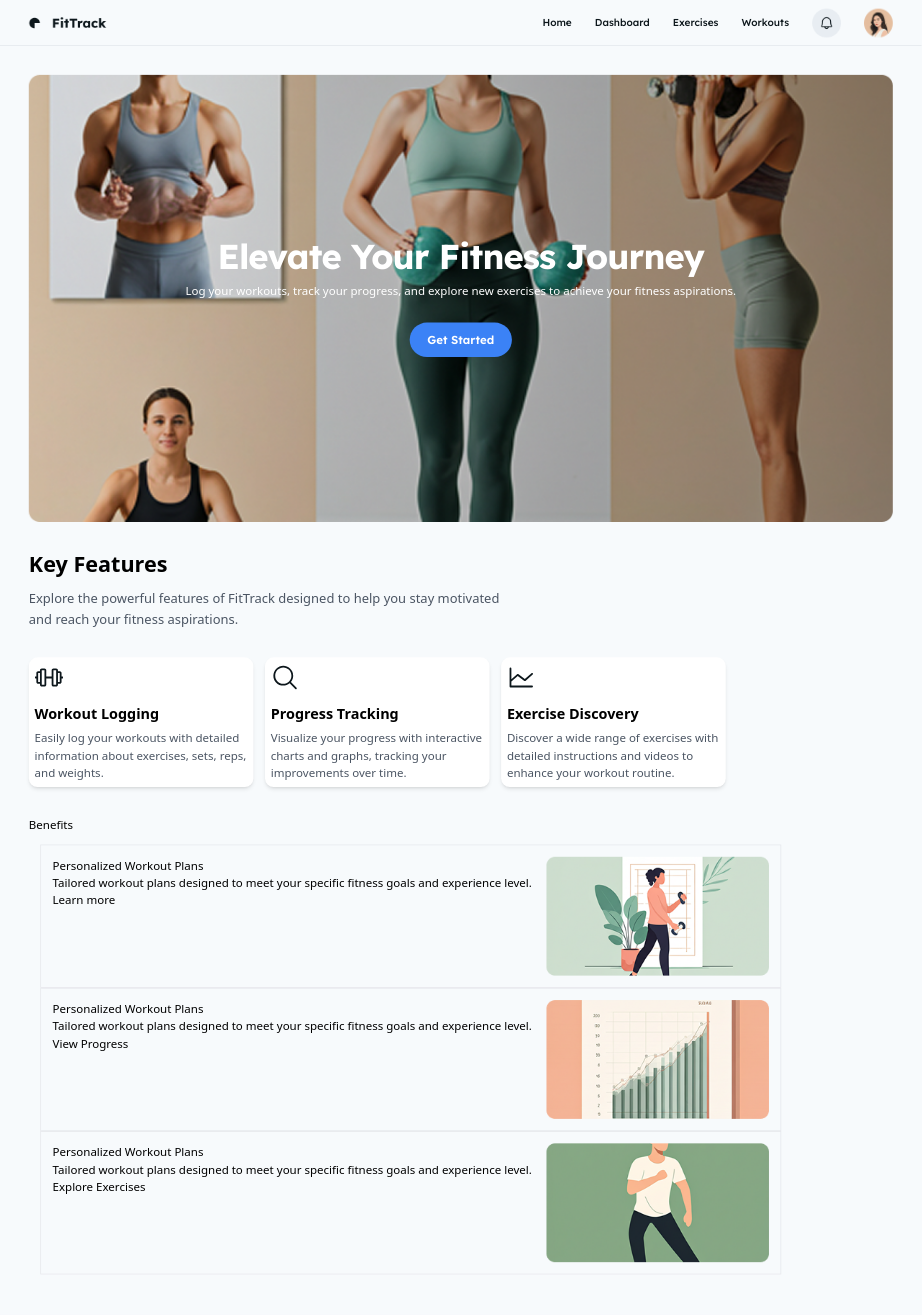
Repository: Emy-gold/fitness-tracking-platform
Page: /
The author's editor kept a copy of each file at every save. The page is drawn from the files as they stood at one save, then again after the next save.
The browser window is 1280 px wide. The pictures show the whole page, at 72% of full size.
The project was rebuilt for these pictures with package versions that can differ from the ones it lists, and the page was loaded fresh each time. Also part of the build but not shown: vite.config.js, src/Pages/Dashboard.jsx, src/Pages/Exercises.jsx, src/Pages/Workouts.jsx, src/components/Footer.jsx.

Above is the page before, as saved 2025-08-27 15:01:06.

After the next save:
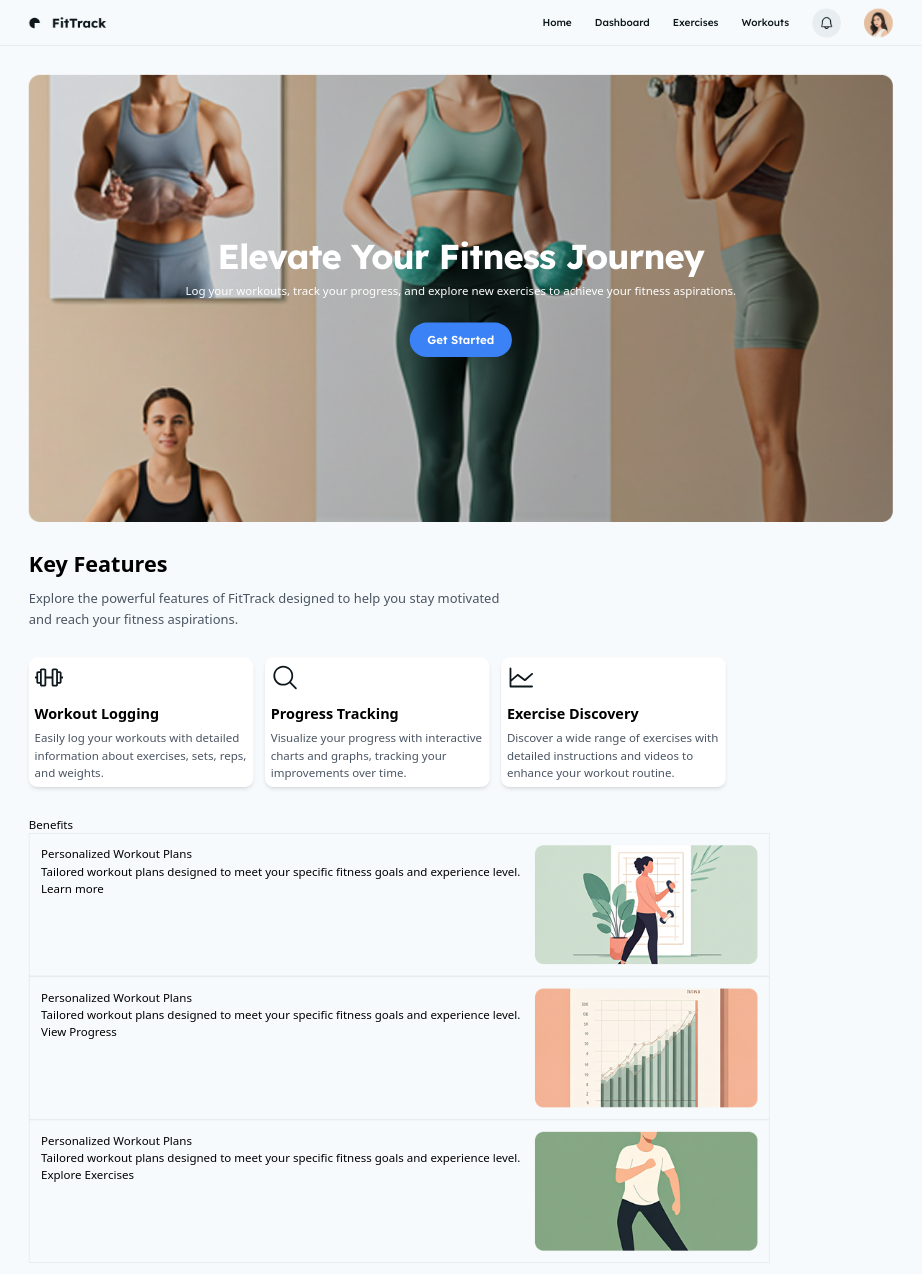
Saved 26 s later.
--- a/src/Pages/Home.jsx
+++ b/src/Pages/Home.jsx
@@ -43,9 +43,9 @@ function Home() {
                         ))}
                     </div>
                 </section>
-                <section className='flex flex-col items-start mb-10 mb:w-[980px] lg:w-[1200px]'>
+                <section className='flex flex-col items-start mb-10 mb:w-[980px] lg:w-[1200px] mb-4'>
                     <h2>Benefits</h2>
-                    <div className='flex flex-wrap p-4'>
+                    <div className='flex flex-wrap'>
                         <div className='flex justify-center p-4 border'>
                             <div className='flex flex-col items-start text-left mr-5'>
                                 <h3>Personalized Workout Plans</h3>
